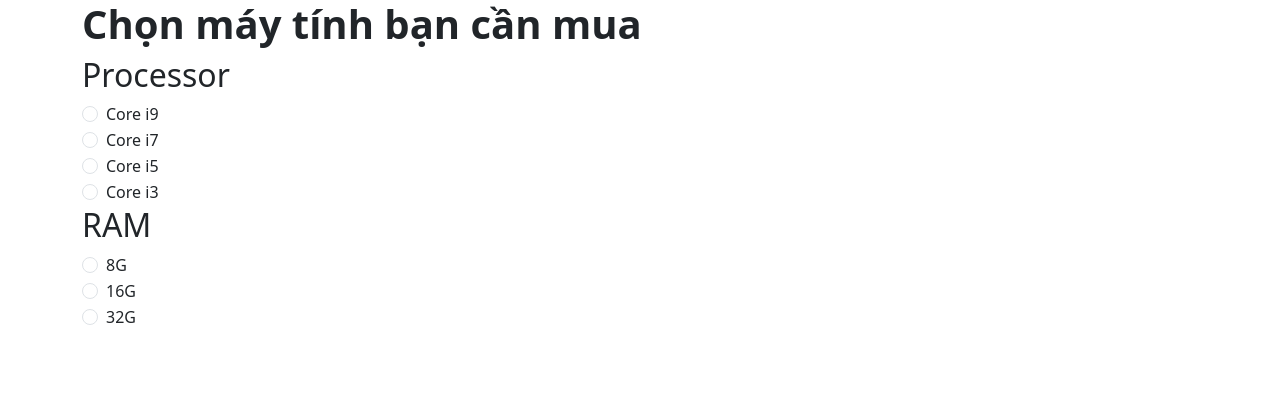
Repository: wuubangdev/bookstore-servlet-jsp
Page: http://localhost/Bai20_JSPCoban_TrangMuaHang/muaMayTinh.jsp
The author's editor kept a copy of each file at every save. The page is drawn from the files as they stood at one save, then again after the next save.
The browser window is 1280 px wide. The pictures show the whole page.
The page is served by Tomcat 9.

Above is the page before, as saved 2024-03-19 02:50:21.

### Bai20_JSPCoban_TrangMuaHang/src/main/webapp/muaMayTinh.jsp
<%@ page language="java" contentType="text/html; charset=UTF-8"
    pageEncoding="UTF-8"%>
<!DOCTYPE html>
<html>
<head>
<meta charset="UTF-8">
<title>PC</title>
<link href="https://cdn.jsdelivr.net/npm/bootstrap@5.3.3/dist/css/bootstrap.min.css" rel="stylesheet" integrity="sha384-QWTKZyjpPEjISv5WaRU9OFeRpok6YctnYmDr5pNlyT2bRjXh0JMhjY6hW+ALEwIH" crossorigin="anonymous">
<script src="https://cdn.jsdelivr.net/npm/bootstrap@5.3.3/dist/js/bootstrap.bundle.min.js" integrity="sha384-YvpcrYf0tY3lHB60NNkmXc5s9fDVZLESaAA55NDzOxhy9GkcIdslK1eN7N6jIeHz" crossorigin="anonymous"></script>
</head>
<body>
	<div class="container">
		<h1 style="font-weight: bold;">Chọn máy tính bạn cần mua</h1>
		<form id="form-1">
			<h2>Processor</h2>
			<div class="form-check">
			  <input class="form-check-input" type="radio" name="processor" id="corei9">
			  <label class="form-check-label" for="corei9">
			   Core i9
			  </label>
			</div>
			<div class="form-check">
			  <input class="form-check-input" type="radio" name="processor" id="corei7">
			  <label class="form-check-label" for="corei7">
			   Core i7
			  </label>
			</div>
			<div class="form-check">
			  <input class="form-check-input" type="radio" name="processor" id="corei3">
			  <label class="form-check-label" for="corei3">
			   Core i5
			  </label>
			</div>
			<div class="form-check">
			  <input class="form-check-input" type="radio" name="processor" id="corei3">
			  <label class="form-check-label" for="corei3">
			   Core i3
			  </label>
			</div>
			<h2>RAM</h2>
			<div class="form-check">
			  <input class="form-check-input" type="radio" name="ram" id="8G">
			  <label class="form-check-label" for="8G">
			   8G
			  </label>
			</div>
			<div class="form-check">
			  <input class="form-check-input" type="radio" name="ram" id="16G">
			  <label class="form-check-label" for="16G">
			   16G
			  </label>
			</div>
			<div class="form-check">
			  <input class="form-check-input" type="radio" name="ram" id="32G">
			  <label class="form-check-label" for="32G">
			   32G
			  </label>
			</div>
		</form>
	</div>
</body>
</html>

After the next save:
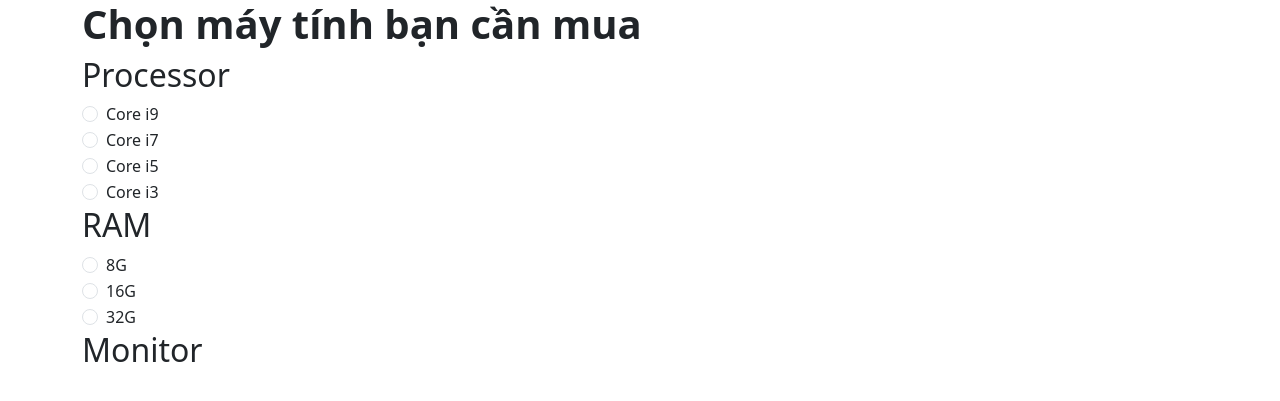
Saved 21 s later.
--- a/Bai20_JSPCoban_TrangMuaHang/src/main/webapp/muaMayTinh.jsp
+++ b/Bai20_JSPCoban_TrangMuaHang/src/main/webapp/muaMayTinh.jsp
@@ -56,6 +56,7 @@
 			   32G
 			  </label>
 			</div>
+			<h2>Monitor</h2>
 		</form>
 	</div>
 </body>
